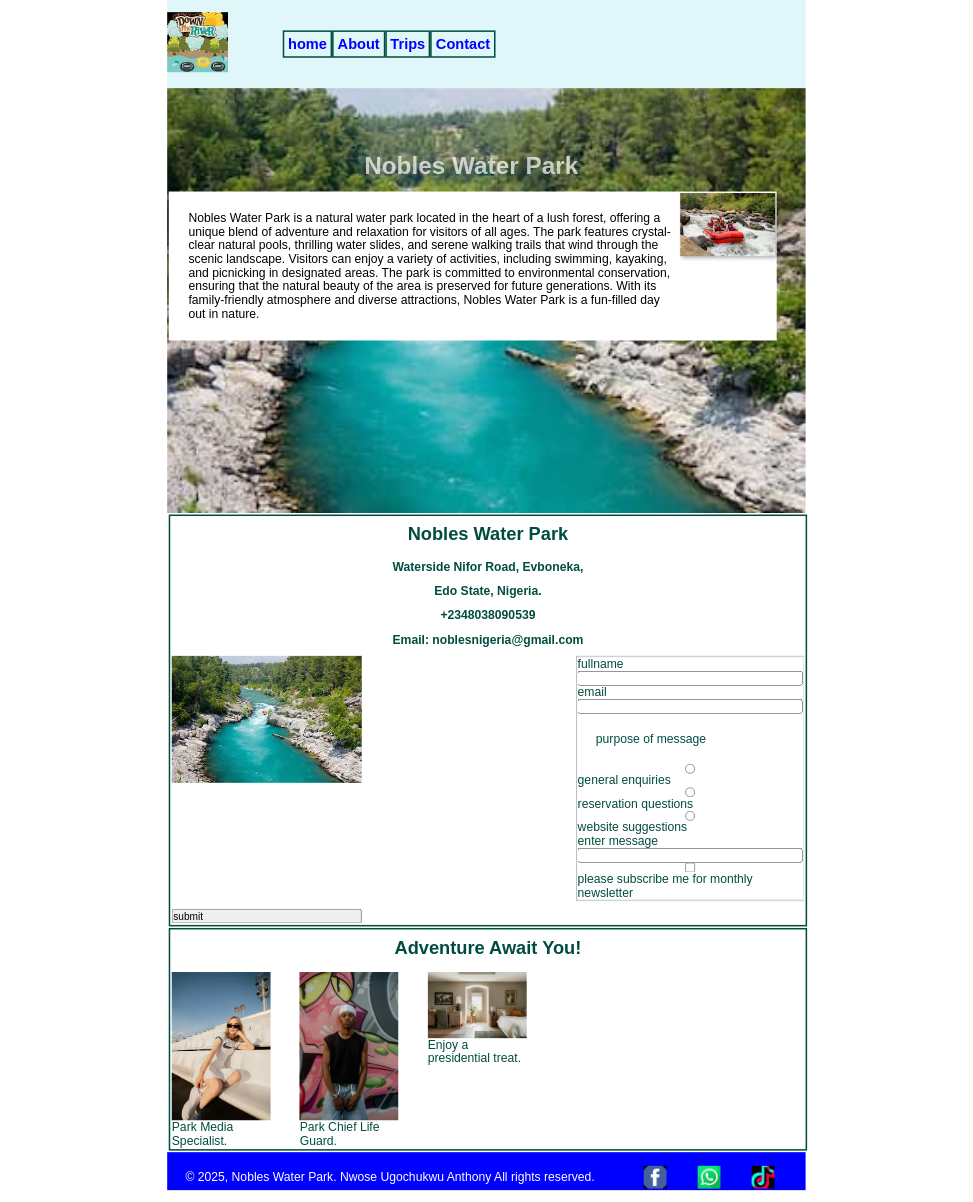
Repository: NoblesNigeria/wdd130
Page: wwr/contact.html
These files come from the project's save history. The page is drawn as it stood at one moment and after the next save; the edit follows.
The browser window is 1280 px wide. The pictures show the whole page, at 76% of full size.

Above is the page before, as saved 2025-09-24 17:12:13.

After the next save:
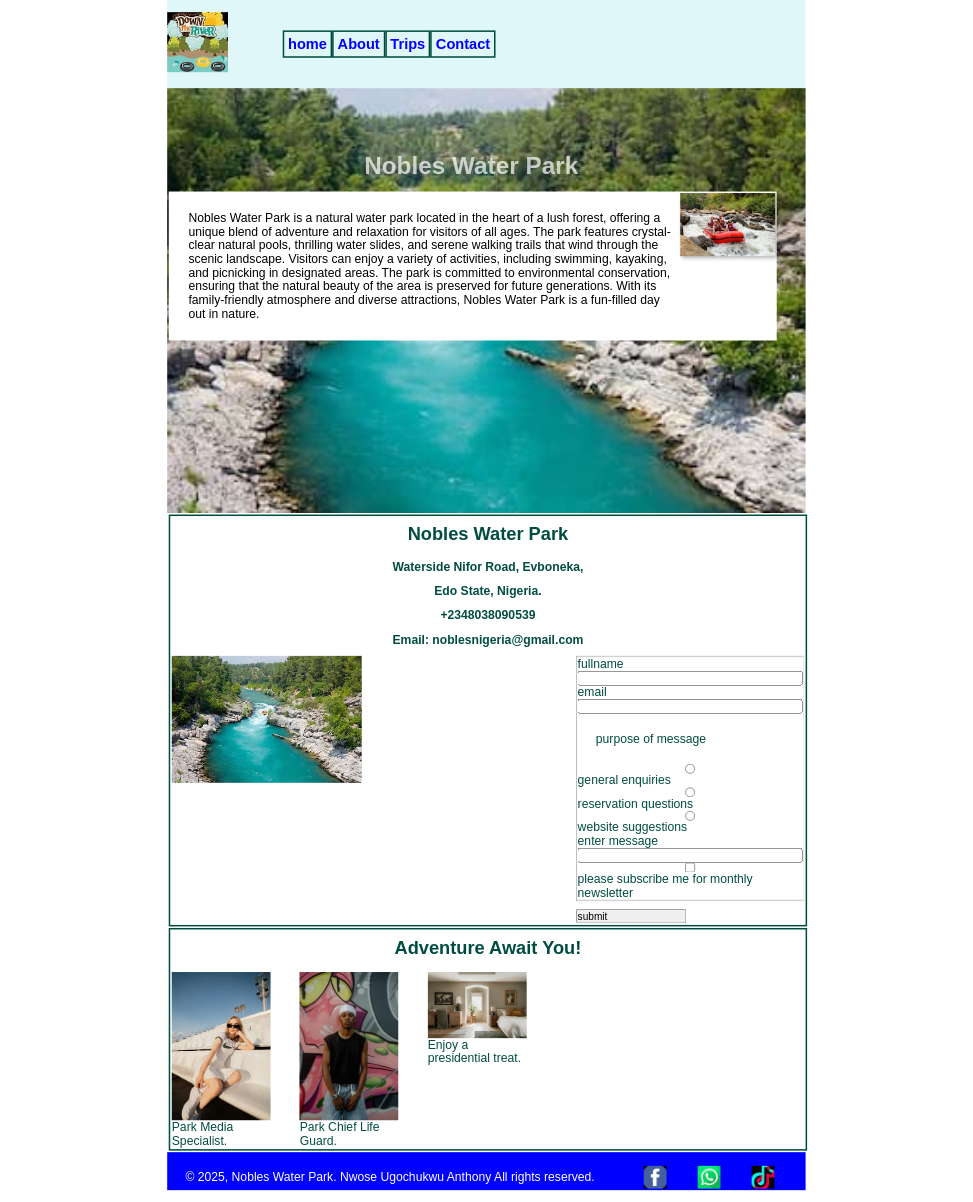
Saved 2 min 8 s later.
--- a/wwr/styles/rafting.css
+++ b/wwr/styles/rafting.css
@@ -116,7 +116,7 @@ label{
 button{
     display:flex;
     flex-direction: column;
-    justify-content: 6;
+    grid-column:4;
     align-items: right;
 }
 aside img{
